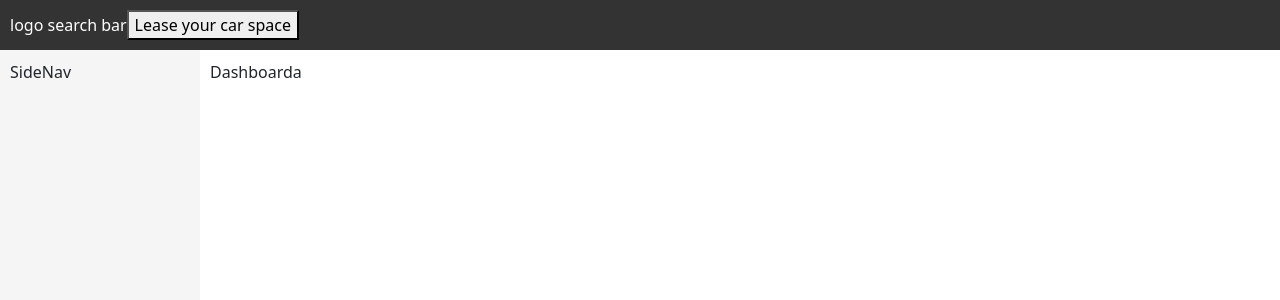
Repository: UNSWSpotFinder/SpotFinder
Page: /dashboard (app in frontend/)
An editor plug-in stored every save of this project. The page is shown before and after the next save, followed by the edit.
The browser window is 1280 px wide. The pictures show the whole page.
The project was rebuilt for these pictures with package versions that can differ from the ones it lists, and the page was loaded fresh each time. Also part of the build but not shown: frontend/src/HomePage.css, frontend/src/Login.css, frontend/src/Login.jsx, frontend/src/Regist.css, frontend/src/Regist.jsx, frontend/src/HomePage.jsx, frontend/src/App.css, frontend/src/components/Bookings.jsx and 3 more.

Above is the page before, as saved 2024-03-09 17:22:24.

### frontend/src/App.jsx
import logo from './logo.svg';
import React, {
  useState,
  useEffect,
  useRef,
  ChangeEvent,
  LabelHTMLAttributes,
  createContext,
  useContext,
  ReactNode,
} from 'react';
import {HomePageLarge,HomePageAdminSmall,HomePageAdminLarge,HomePageSmall} from './HomePage';
import { ErrorProvider, GlobalSnackbar, ErrorContext } from './API';
import { BrowserRouter, Routes, Route, Link } from 'react-router-dom';
import './App.css';

// 导入Dashboard相关页面组件
import DashboardTop from './components/DashboardTop';
import Dashboard from './components/Dashboard';
import Bookings from './components/Bookings';
import Listings from './components/Listings';
import Profile from './components/Profile';
import Messages from './components/Messages';

function App() {
  const [windowWidth, setWindowWidth] = useState(window.innerWidth);
  useEffect(() => {
    // 添加一个事件监听器，以便在窗口大小改变时更新windowWidth状态
    const handleResize = () => {
      setWindowWidth(window.innerWidth);
    };
    window.addEventListener('resize', handleResize);
    // 清除事件监听器以避免内存泄漏
    return () => {
      window.removeEventListener('resize', handleResize);
    };
  }, []);
  let layoutComponentHost;
  let LayoutComponentHome;
  let LayoutDetail;
  if (windowWidth > 760) {
    layoutComponentHost = null;
    LayoutComponentHome = <HomePageLarge/>;
    LayoutDetail = null;
  } else {
    layoutComponentHost = null;
    LayoutComponentHome = <HomePageSmall/>;;
    LayoutDetail = null;
  }
  return(
    <ErrorProvider>
      <GlobalSnackbar/>
        <BrowserRouter>
          <Routes>
            <Route path="/user/*" element={LayoutComponentHome} />
            {/* DashboardTop作为父路由 */}
            <Route path="/dashboard" element={<DashboardTop />}>
            {/* 在DashboardTop内部定义子路由 */}
            <Route index element={<Dashboard />} />
            <Route path="bookings" element={<Bookings />} />
            <Route path="listings" element={<Listings />} />
            <Route path="messages" element={<Messages />} />
            <Route path="profile" element={<Profile />} />
          </Route>
            {/* Keep the wildcard route to catch all and render Home */}
            <Route path="/*" element={LayoutComponentHome} />
          </Routes>
        </BrowserRouter>
    </ErrorProvider>
  )
}

export default App;

### frontend/src/API.jsx
import Alert from '@mui/material/Alert';
import Snackbar from '@mui/material/Snackbar';
import Button from '@mui/material/Button';
import Stack from '@mui/material/Stack';
import React, { useState, useEffect, createContext,useContext } from 'react';

import { styled } from '@mui/material';
const port = '8080';
export const meetErrorLog = (error) => {
    console.log(error);
    let errorText = '';
    // switch case to show the error
    switch (error) {
      case 'info':
        errorText = 'Invalid username or password !';
        break;
      case 'access':
        errorText = 'No permission, please log in first!';
        break;
      default:
        errorText = 'Network error! Please try again.';
        break;
    }
    return errorText;
  };
export const ErrorContext = createContext({
    snackbarData: { severity: 'info', message: '1',timestamp: new Date().getTime()},
    setOpenSnackbar: () => {}, // 提供一个空函数避免调用时出错
  });
export const useError = () => useContext(ErrorContext);
export const ErrorProvider = ({ children }) => {
  const [snackbarData, setSnackbarData] = useState({
    severity: 'success',
    message: '',
    timestamp: new Date().getTime()
  });
  const setOpenSnackbar = (data) => {
    setSnackbarData(data);
  };
  return (
    <ErrorContext.Provider value={{snackbarData,setOpenSnackbar}}>
      {children}
    </ErrorContext.Provider>
  );
};
// The message to be displayed in the Snackbar
export const GlobalSnackbar = () => {
const { snackbarData, setOpenSnackbar } = useError();
// State to manage the visibility of the Snackbar
const [open, setOpen] = useState(false);
  useEffect(() => {
    console.log('Alert severity:', snackbarData.severity);
    console.log('Alert :', snackbarData.message);
    if (snackbarData.message) {
      setOpen(true);
    }
  }, [snackbarData.message, snackbarData.timestamp]);

  const handleClose = (event, reason) => {
    if (reason === 'clickaway') {
      return;
    }
    setOpen(false);
  };

return (
    // Snackbar component with automatic hiding and custom styling
    <Snackbar open={open} autoHideDuration={6000} onClose={handleClose}>
        <Alert onClose={handleClose} severity={snackbarData.severity}>
        {snackbarData.message}
        </Alert>
  </Snackbar>
);
};
export const callAPIsendEmailCode = (path,input)=>{
    return new Promise((resolve, reject) =>{
        fetch('http://localhost:'+String(port)+'/'+String(path),{
        method:'POST',
        headers: { 'Content-Type': 'application/json' },
        body:JSON.stringify(input),
        })
        .then((response)=>{
            if(response.ok){
                console.log('success');
                console.log(response);
                return resolve(response);
            }
            else if (response.status===400){
                const errorReason = 'Email not correct!';
                return reject(errorReason);
            }
            else{
                const errorReason = 'There is a problem with the network connection!';
                return reject(errorReason);
            }
        })
        .catch((error)=>{
            console.log(error);
        })
    })

}
export const callAPIverifyEmailCode = (path,input)=>{
    return new Promise((resolve, reject) =>{
        console.log(input);
        console.log('http://localhost:'+String(port)+'/'+String(path));
        fetch('http://localhost:'+String(port)+'/'+String(path),{
        method:'POST',
        headers: { 'Content-Type': 'application/json' },
        body:JSON.stringify(input),
        })
        .then((response)=>{
            if(response.ok){
                console.log('success');
                return resolve(response.json());
            }
            else if (response.status===400){
                const errorReason = 'Incorrect verification code.';
                return reject(errorReason);
            }
            else{
                const errorReason = 'There is a problem with the network connection!';
                return reject(errorReason);
            }
        })
        .catch((error)=>{
            console.log(error);
        })
    })

}
export const callAPIloginUser=(path,input)=>{

}
// 用户注册
export const callAPIRegistUser=(path,input)=>{
     return new Promise((resolve, reject) =>{
        console.log(input);
        console.log('http://localhost:'+String(port)+'/'+String(path));
        fetch('http://localhost:'+String(port)+'/'+String(path),{
        method:'POST',
        headers: { 'Content-Type': 'application/json' },
        body:JSON.stringify(input),
        })
        .then((response)=>{
            if(response.ok){
                console.log('success');
                return resolve(response.json());
            }
            else if (response.status===417){
                const errorReason = 'This email has been registed!';
                return reject(errorReason);
            }
            else{
                const errorReason = 'There is a problem with the network connection!';
                return reject(errorReason);
            }
        })
        .catch((error)=>{
            console.log(error);
        })
    })
}
// 用户登录
export const callAPILoginUser=(path,input)=>{
    return new Promise((resolve, reject) =>{
       console.log(input);
       console.log('http://localhost:'+String(port)+'/'+String(path));
       fetch('http://localhost:'+String(port)+'/'+String(path),{
       method:'POST',
       headers: { 'Content-Type': 'application/json' },
       body:JSON.stringify(input),
       })
       .then((response)=>{
           if(response.ok){
               console.log('success');
               return resolve(response.json());
           }
           else if (response.status===401){
               const errorReason = 'Username does not exist or password is incorrect!';
               return reject(errorReason);
           }
           else{
               const errorReason = 'There is a problem with the network connection!';
               return reject(errorReason);
           }
       })
       .catch((error)=>{
           console.log(error);
       })
   })
}
// 密码修改
export const callAPIResetPwdUser=(path,input)=>{
    return new Promise((resolve, reject) =>{
       console.log(input);
       console.log('http://localhost:'+String(port)+'/'+String(path));
       fetch('http://localhost:'+String(port)+'/'+String(path),{
       method:'POST',
       headers: { 'Content-Type': 'application/json' },
       body:JSON.stringify(input),
       })
       .then((response)=>{
           if(response.ok){
               console.log('success');
               return resolve(response.json());
           }
           else if (response.status===401){
               const errorReason = 'Username does not exist or password is incorrect!';
               return reject(errorReason);
           }
           else{
               const errorReason = 'There is a problem with the network connection!';
               return reject(errorReason);
           }
       })
       .catch((error)=>{
           console.log(error);
       })
   })
}

### frontend/src/components/DashboardTop.jsx
import React from 'react';
import { Outlet } from 'react-router-dom';
import './DashboardTop.css';

const DashboardTop = () => {
  return (
    <div className="dashboard-top">
      <div className="top-nav">
        <span>logo </span>
        <span>search bar</span>
        <button>Lease your car space</button>

      </div>
      <div className="content-area">
        <div className="side-nav">SideNav</div>
        <div className="main-content">
          <Outlet />
        </div>
      </div>
    </div>
  );
};

export default DashboardTop;

### frontend/src/components/Dashboard.jsx
import React from 'react';
import DashboardTop from './DashboardTop';

const Dashboard = () => {
  // 组件的状态和逻辑

  return (
    <div className='Dashboard'>
      {/* 组件的JSX结构 */}
      Dashboarda
    </div>
  );
}

export default Dashboard;

### frontend/src/components/DashboardTop.css
/* DashboardTop.css */

/* 整体布局 */
.dashboard-top {
    display: flex;
    flex-direction: column;
    height: 100vh; /* 使布局填满整个视口高度 */
  }

  /* 顶部导航样式 */
  .top-nav {
    background-color: #333; /* 暗色背景 */
    color: #fff; /* 白色文字 */
    padding: 10px; /* 内边距 */
  }

  /* 内容区域样式，包含侧边导航和主内容区 */
  .content-area {
    display: flex;
    flex-grow: 1; /* 占据剩余空间 */
  }

  /* 侧边导航样式 */
  .side-nav {
    background-color: #f5f5f5; /* 浅色背景 */
    width: 200px; /* 定宽 */
    padding: 10px; /* 内边距 */
  }

  /* 主内容区域样式 */
  .main-content {
    flex-grow: 1; /* 占据剩余空间 */
    padding: 10px; /* 内边距 */
  }

Loaded but not shown: frontend/public/index.html (common file); frontend/src/index.js (common file); frontend/src/index.css (common file); frontend/src/reportWebVitals.js (common file)

After the next save:
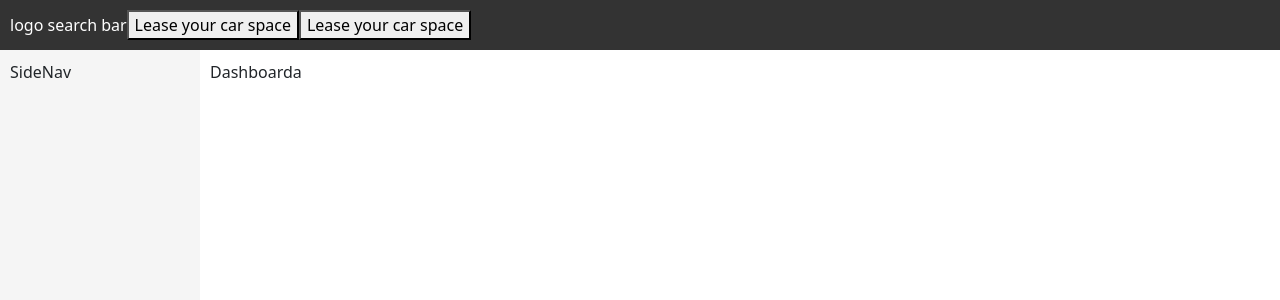
Saved 5 s later.
--- a/frontend/src/components/DashboardTop.jsx
+++ b/frontend/src/components/DashboardTop.jsx
@@ -8,6 +8,7 @@ const DashboardTop = () => {
       <div className="top-nav">
         <span>logo </span>
         <span>search bar</span>
+        <button>Lease your car space</button>
         <button>Lease your car space</button>
 
       </div>
